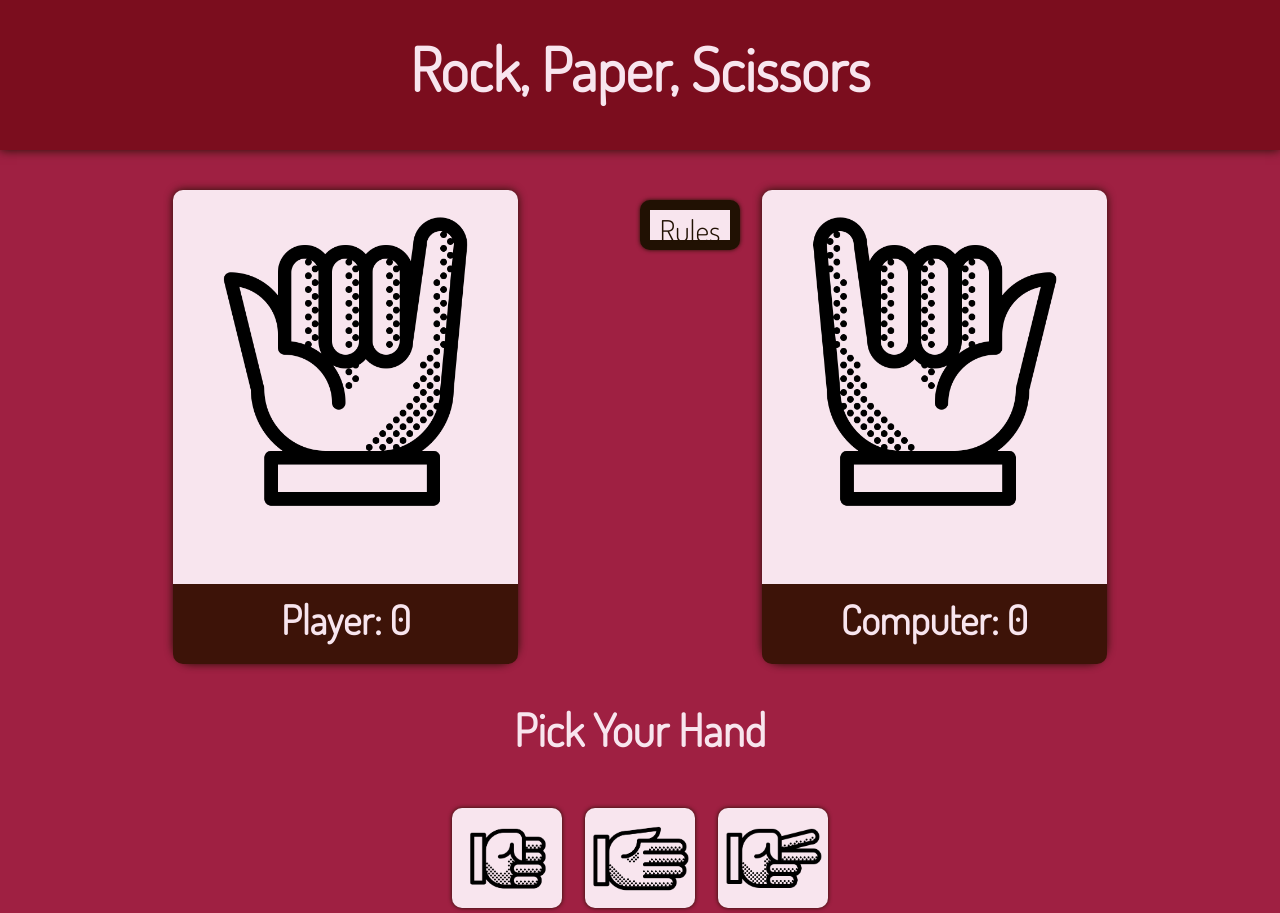
Repository: shayanabedi98/rock-paper-scissors
Page: index.html
The author's editor kept a copy of each file at every save. The page is drawn from the files as they stood at one save, then again after the next save.
The browser window is 1280 px wide. The pictures show the whole page.

Above is the page before, as saved 2023-07-14 19:54:32.

After the next save:
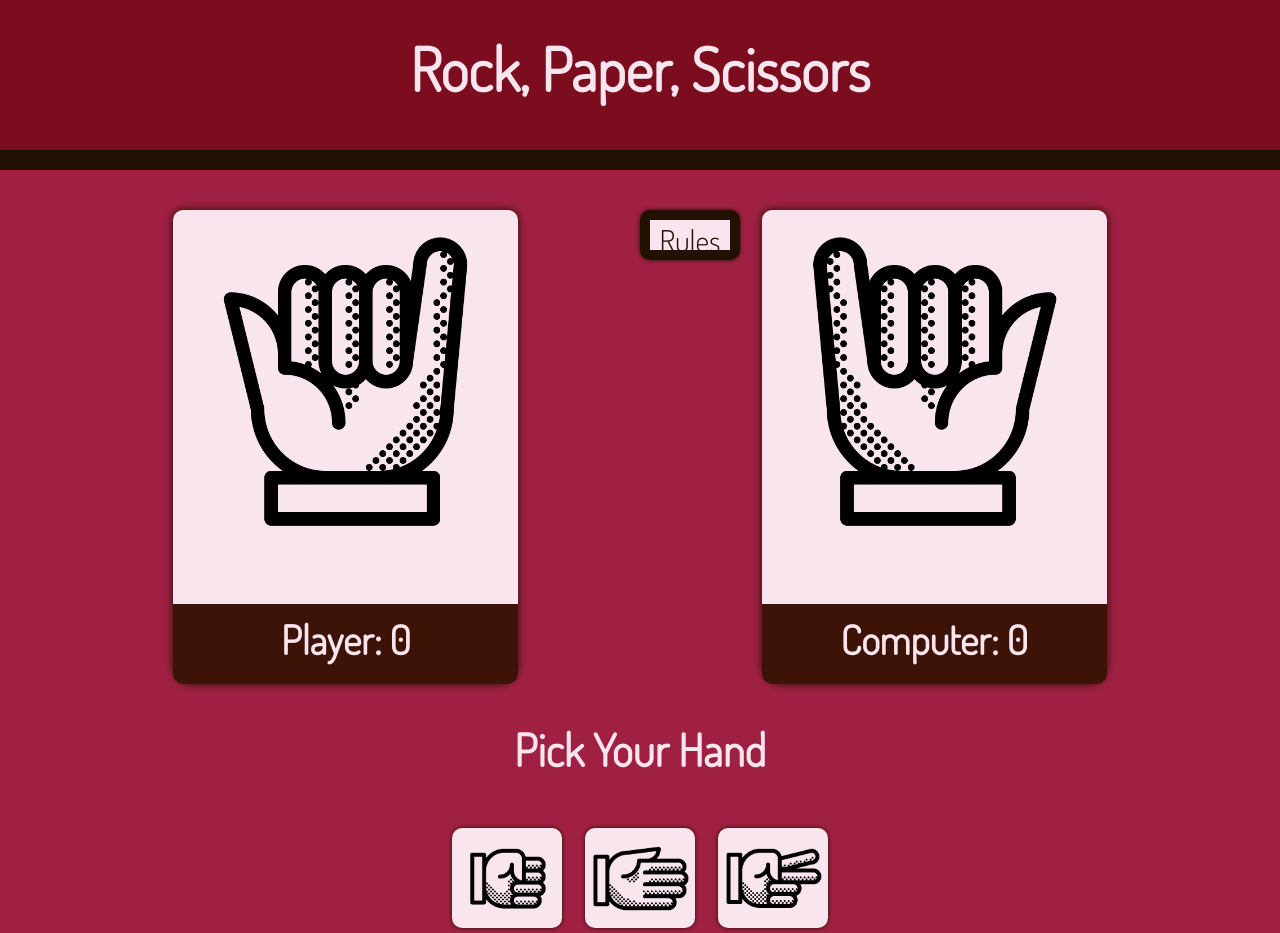
Saved 12 s later.
--- a/styles.css
+++ b/styles.css
@@ -22,6 +22,7 @@ h1 {
 
 .rules-btn {
     text-align: center;
+    border: #211103 10px solid;
 }
 
 .rules-btn button {
